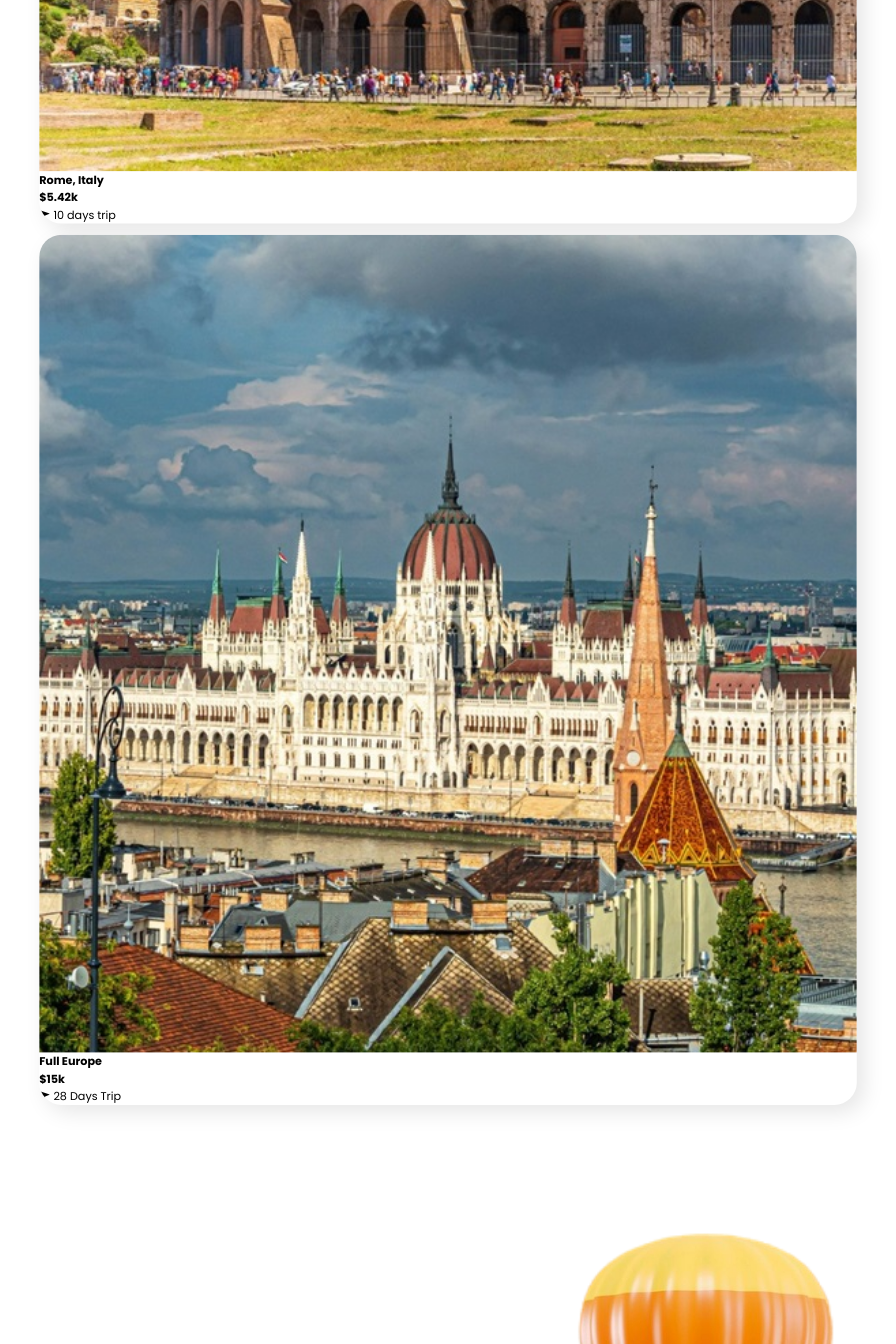
Repository: ntandomagana/travel-website
Page: index.html
An editor plug-in stored every save of this project. The page is shown before and after a run of saves, followed by the edit.
The browser window is 1280 px wide. The pictures show the part of the page from y = 3219 to 5139 px (the page is 9455 px tall before and 9519 px after), at 70% of full size.

Above is the page before, as saved 2024-05-07 13:24:56.

After the next 2 saves:
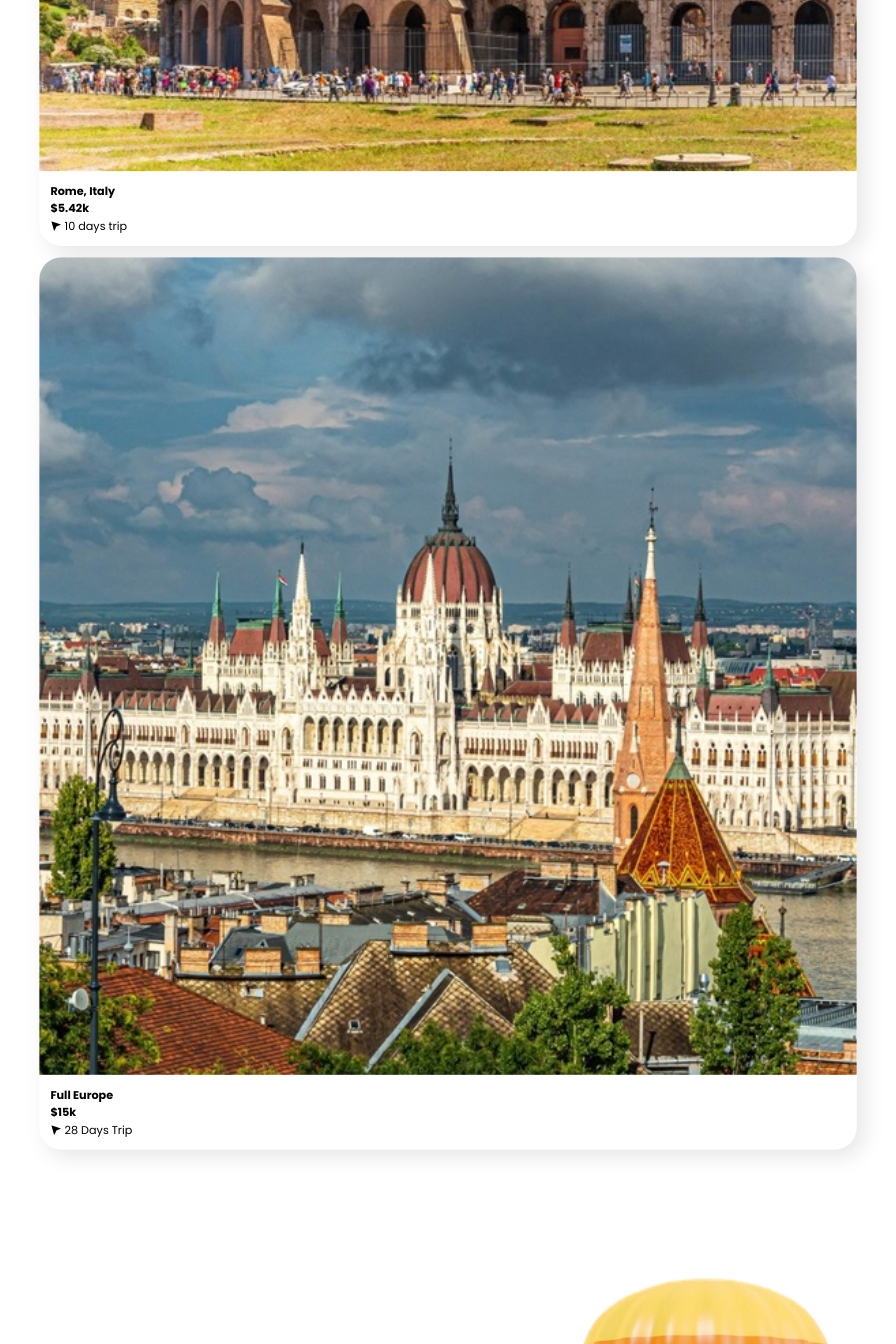
The 2 saves are shown as one change because they came seconds apart.
The last was saved 7 s later.
--- a/style.css
+++ b/style.css
@@ -247,4 +247,6 @@ ul {
 
 }
 
-.destination-details
+.destination-details {
+    padding: 1rem;
+}
